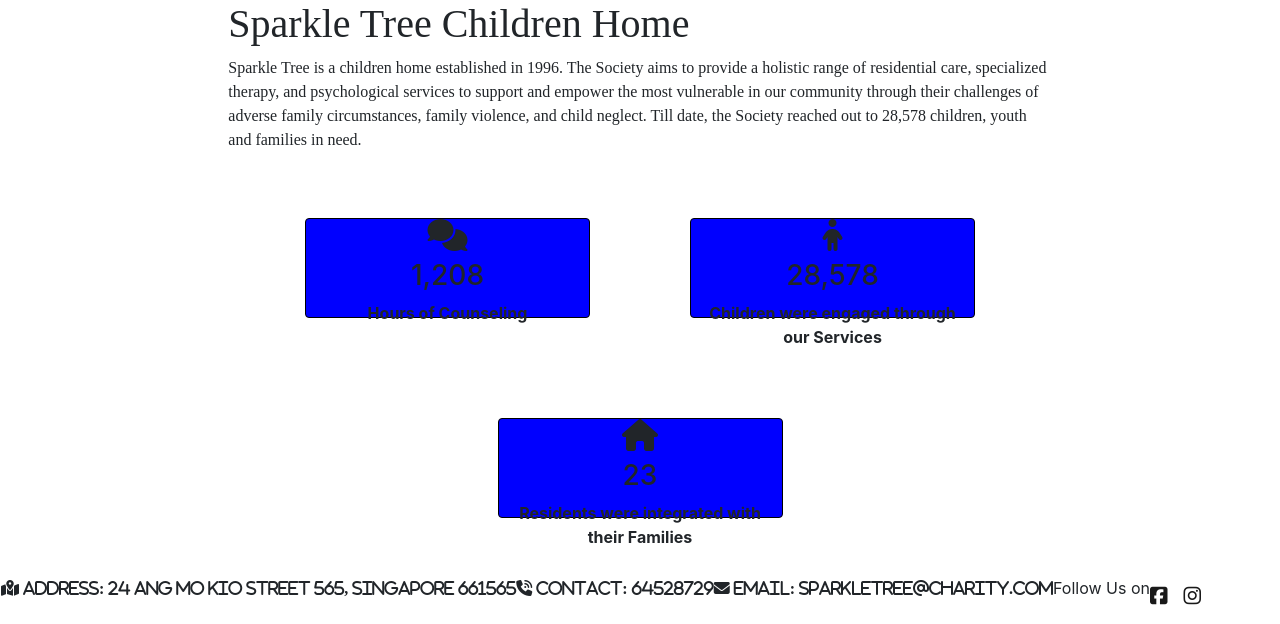
Repository: Code-Institute-Submissions/Jasonngyt-Project1
Page: index.html
The author's editor kept a record of every edit. The page is drawn from the files as they stood at one moment, then again after the next edit.
The browser window is 1280 px wide. The pictures show the part of the page from y = 632 to 1256 px (the page is 1256 px tall before and 996 px after).
Some web fonts or font styles are not loaded; a fallback is used. Some web libraries are served in a nearby version.

Above is the page before.

### index.html
<!DOCTYPE html>
<html lang="en">
<head>
    <meta charset="UTF-8">
    <meta name="viewport" content="width=device-width, initial-scale=1.0">
    <meta http-equiv="X-UA-Compatible" content="ie=edge">
    <title>Sparkle Tree Children Home</title>

    <!-- Bootsrap CSS -->
    <link rel="stylesheet" href="https://stackpath.bootstrapcdn.com/bootstrap/4.3.1/css/bootstrap.min.css" integrity="sha384-ggOyR0iXCbMQv3Xipma34MD+dH/1fQ784/j6cY/iJTQUOhcWr7x9JvoRxT2MZw1T" crossorigin="anonymous">

    <!-- Font Awesome -->
    <script src="https://kit.fontawesome.com/749eb0769b.js"></script>

    <!--Google Font -->
    <link href="https://fonts.googleapis.com/css?family=PT+Serif+Caption&display=swap" rel="stylesheet">

    <!-- mystyle.css -->
    <link rel="stylesheet" href="CSSstyle/mystyle.css" type="text/css"/>

</head>

<body>

    <!-- Navbar -->
    <nav class="navbar navbar-expand-md navbar-light sticky-top">
        <div class="container-fluid">
            <a class="navbar-brand" href="index.html">Logo</a>
            <button class="navbar-toggler" type="button" data-toggle="collapse" data-target="#navbarSupportedContent">
                <span class="navbar-toggler-icon"></span>
            </button>

            <div class="collapse navbar-collapse" id="navbarSupportedContent">
                <ul class="navbar-nav ml-auto">
                    <li class="nav-item active">
                        <a class="nav-link nav text-uppercase" href="index.html"><strong>About</strong><span class="sr-only">(current)</span></a>
                    </li>
                    <li class="nav-item">
                        <a class="nav-link text-uppercase" href="services.html">Our Services</a>
                    </li>
                    <li class="nav-item">
                        <a class="nav-link text-uppercase" href="enquiry.html" tabindex="-1">Join Us</a>
                    </li>
                </ul>
            </div>
        </div>
    </nav>

    <div class="container-fluid about_bg">
        <div class="about_font text-center">
            <h2>Bring out the superman in them. Sparkle and Glow.</h2>
        </div>
    </div>

    <!-- About Us -->

    <div class="container-fuild about">
            <div class="col-sm-12 col-md-8 m-auto">
                <div class="about_font">
                    <h1>Sparkle Tree Children Home</h1>
                    <p>
                        Sparkle Tree is a children home established in 1996. The Society aims to provide a holistic range of residential care, specialized therapy, and psychological services to support and empower the most vulnerable in our community through their challenges of adverse family circumstances, family violence, and child neglect.
                        Till date, the Society reached out to 28,578 children, youth and families in need.
                    </p>
                </div>
            </div>
    </div>

    <!-- Static Figure -->

    <div class="container">
        <div class="row justify-content-center">
            <div class="statistic rounded col-sm-12 col-md-3 font-weight-bold text-center"><h2 class="fas fa-comments font-weight-bold"></h2><h3>1,208</h3> <p> Hours of Counseling </p></div>
            <div class="statistic rounded col-sm-12 col-md-3 font-weight-bold text-center"><h2 class="fas fa-child"></h2><h3>28,578</h3> <p> Children were engaged through our Services </p></div>
            <div class="statistic rounded col-sm-12 col-md-3 font-weight-bold text-center"><h2 class="fas fa-home"></h2><h3>23</h3> <p> Residents were integrated with their Families </p></div>
        </div>
    </div>

    <!-- Our Services -->
    <!-- Hide first
    <div class="container row col-sm-12">
        <div class="card" style="width: 18rem;">
            <img src="..." class="card-img-top" alt="...">
            <div class="card-body">
                <h5 class="card-title">Service 1</h5>
                <p class="card-text">Some quick example text to build on the card title and make up the bulk of the card's content.</p>
                <a href="#" class="btn btn-primary">Go somewhere</a>
            </div>
        </div>

         <div class="card" style="width: 18rem;">
            <img src="..." class="card-img-top" alt="...">
            <div class="card-body">
                <h5 class="card-title">Service 2</h5>
                <p class="card-text">Some quick example text to build on the card title and make up the bulk of the card's content.</p>
                <a href="#" class="btn btn-primary">Go somewhere</a>
            </div>
        </div>

         <div class="card" style="width: 18rem;">
            <img src="..." class="card-img-top" alt="...">
            <div class="card-body">
                <h5 class="card-title">Service 3</h5>
                <p class="card-text">Some quick example text to build on the card title and make up the bulk of the card's content.</p>
                <a href="#" class="btn btn-primary">Go somewhere</a>
            </div>
        </div>
    </div>
    -->

    <!-- Footer Navbar -->
    <nav class="navbar navbar-light">
        <div class="row">
            <p><i class="fas fa-map-marked-alt"> Address: 24 Ang Mo Kio Street 565, Singapore 661565</i></p>
            <p><i class="fas fa-phone-volume"> Contact: 64528729</i></p>
            <p><i class="fas fa-envelope"> Email: sparkletree@charity.com </i></p>
            <p>Follow Us on </p>
            <a class="navbar-brand" href="#!"><i class="fab fa-facebook-square"></i></a>
            <a class="navbar-brand" href="#!"><i class="fab fa-instagram"></i></a>
        </div>
    </nav>

    <!- Bootstrap Javascript -->
    <script src="https://code.jquery.com/jquery-3.3.1.slim.min.js" integrity="sha384-q8i/X+965DzO0rT7abK41JStQIAqVgRVzpbzo5smXKp4YfRvH+8abtTE1Pi6jizo" crossorigin="anonymous"></script>
    <script src="https://cdnjs.cloudflare.com/ajax/libs/popper.js/1.14.7/umd/popper.min.js" integrity="sha384-UO2eT0CpHqdSJQ6hJty5KVphtPhzWj9WO1clHTMGa3JDZwrnQq4sF86dIHNDz0W1" crossorigin="anonymous"></script>
    <script src="https://stackpath.bootstrapcdn.com/bootstrap/4.3.1/js/bootstrap.min.js" integrity="sha384-JjSmVgyd0p3pXB1rRibZUAYoIIy6OrQ6VrjIEaFf/nJGzIxFDsf4x0xIM+B07jRM" crossorigin="anonymous"></script>

</body>
</html>

### CSSstyle/mystyle.css
.nav {
    text-transform: uppercase
}

.about_font {
    font-family: 'PT Serif Caption', serif;
}

.about_bg {
    position: relative;
    background-image: url("superchild.jpg");
    padding: 0;
    width: 100%;
    height: 80vh;
    background-position: center;
    background-repeat: no-repeat;
    background-size: cover;
}

.statistic {
    height: 100px;
    border: 1px solid black;
    background-color: blue;
    margin: 50px;
}

After the next edit:
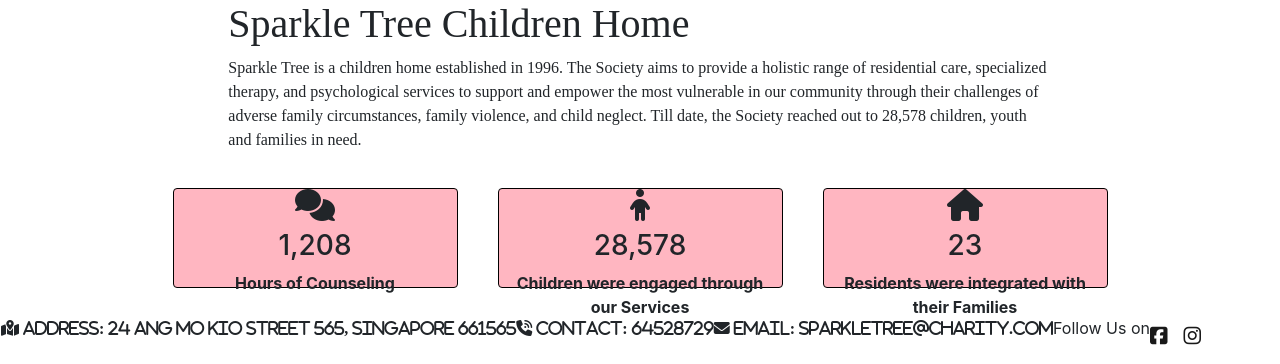
The edit:
--- a/CSSstyle/mystyle.css
+++ b/CSSstyle/mystyle.css
@@ -20,6 +20,6 @@
 .statistic {
     height: 100px;
     border: 1px solid black;
-    background-color: blue;
-    margin: 50px;
+    background-color: #FFB6C1;
+    margin: 20px;
 }
